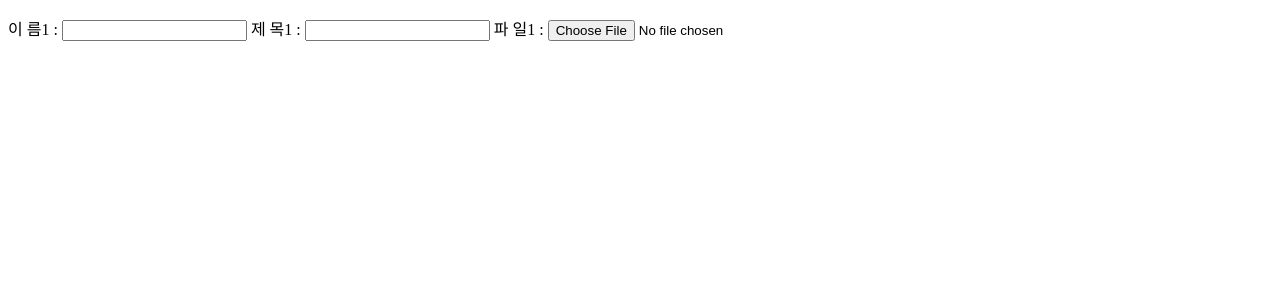
Repository: Pen-nek/Java_original
Page: http://localhost/JspBook/ch07/fileupload02.jsp
An editor plug-in stored every save of this project. The page is shown before and after the next save, followed by the edit.
The browser window is 1280 px wide. The pictures show the whole page.
The page is served by Tomcat 9. Nobody is signed in. The application's start-up code is not run. Other server files are loaded and not shown.

Above is the page before, as saved 2019-08-21 02:17:47.

### JspBook/WebContent/ch07/fileupload02.jsp
<%@ page language="java" contentType="text/html; charset=UTF-8"
    pageEncoding="UTF-8"%>
<!DOCTYPE html>
<html>
<head>
<meta charset="UTF-8">
<title>File Upload</title>
</head>
<body>
	<form name="fileForm" method="post" enctype="multipart/form-data" action="fileupload02_process.jsp">
		<p> 이 름1 : <input type="text" name="name1">
			제 목1 : <input type="text" name="subject1">
			파 일1 : <input type="file" name="filename1">
	</form>
</body>
</html>

After the next save:
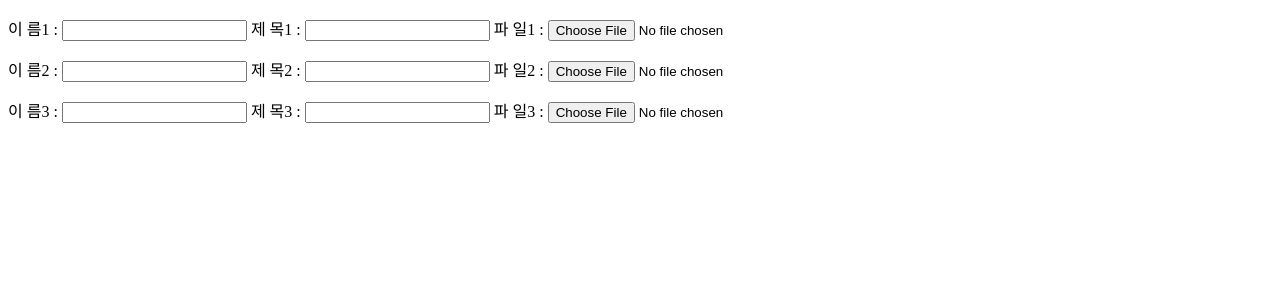
Saved 42 s later.
--- a/JspBook/WebContent/ch07/fileupload02.jsp
+++ b/JspBook/WebContent/ch07/fileupload02.jsp
@@ -11,6 +11,13 @@
 		<p> 이 름1 : <input type="text" name="name1">
 			제 목1 : <input type="text" name="subject1">
 			파 일1 : <input type="file" name="filename1">
+		<p> 이 름2 : <input type="text" name="name2">
+			제 목2 : <input type="text" name="subject2">
+			파 일2 : <input type="file" name="filename2">
+		<p> 이 름3 : <input type="text" name="name3">
+			제 목3 : <input type="text" name="subject3">
+			파 일3 : <input type="file" name="filename3">
+
 	</form>
 </body>
 </html>
